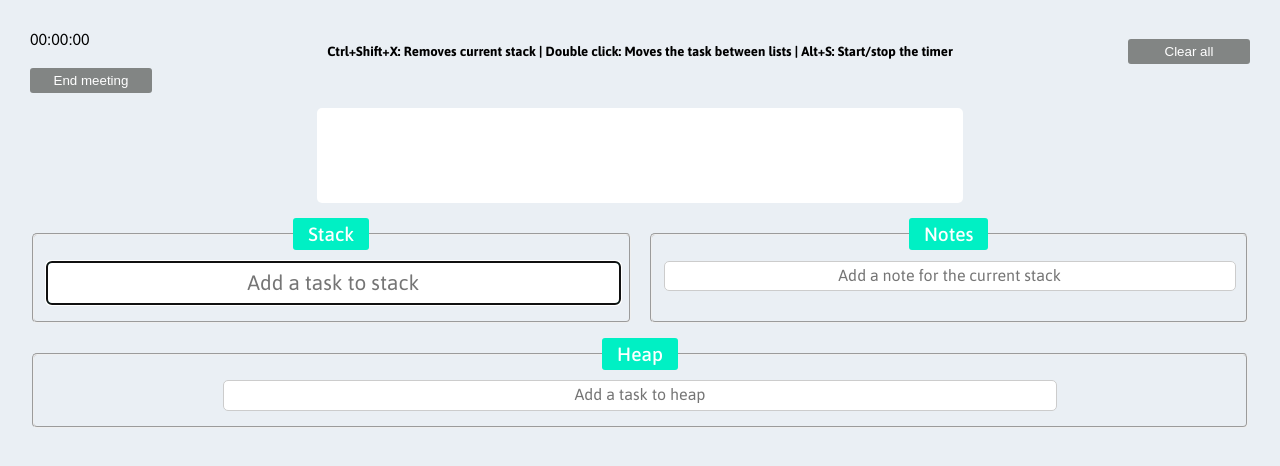
Repository: litalsh/Meeting-Managment-App
Page: /
The author's editor kept a copy of each file at every save. The page is drawn from the files as they stood at one save, then again after a run of saves.
The browser window is 1280 px wide. The pictures show the whole page.
The project was rebuilt for these pictures with package versions that can differ from the ones it lists, and the page was loaded fresh each time. Also part of the build but not shown: src/components/Task/Task.css, src/components/Task/Task.js, src/components/Notes/Note.js.

Above is the page before, as saved 2021-01-17 10:33:52.

After the next 3 saves:
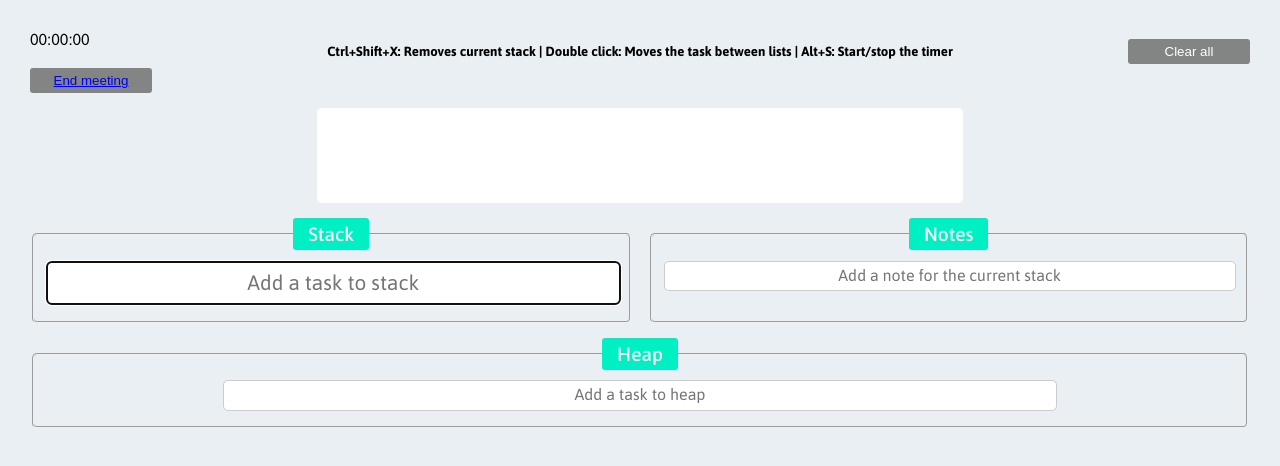
The 3 saves are shown as one change because 2 did not build or start.
The last was saved 3 min 16 s later.
--- a/src/components/Header/Header.js
+++ b/src/components/Header/Header.js
@@ -19,7 +19,7 @@ const Header = () => {
     <header className='header'>
       <div className='header-left'>
         <GlobalTime />
-        <button className='end-meeting-btn' onClick={endMeetingHandler} >End meeting</button>
+        <Router><button className='end-meeting-btn' ><Link to='/template'>End meeting</Link></button></Router>
       </div>
       <div className='header-center'>
         <h5 className="instructions">Ctrl+Shift+X: Removes current stack  |  Double click: Moves the task between lists  |  Alt+S: Start/stop the timer</h5>
